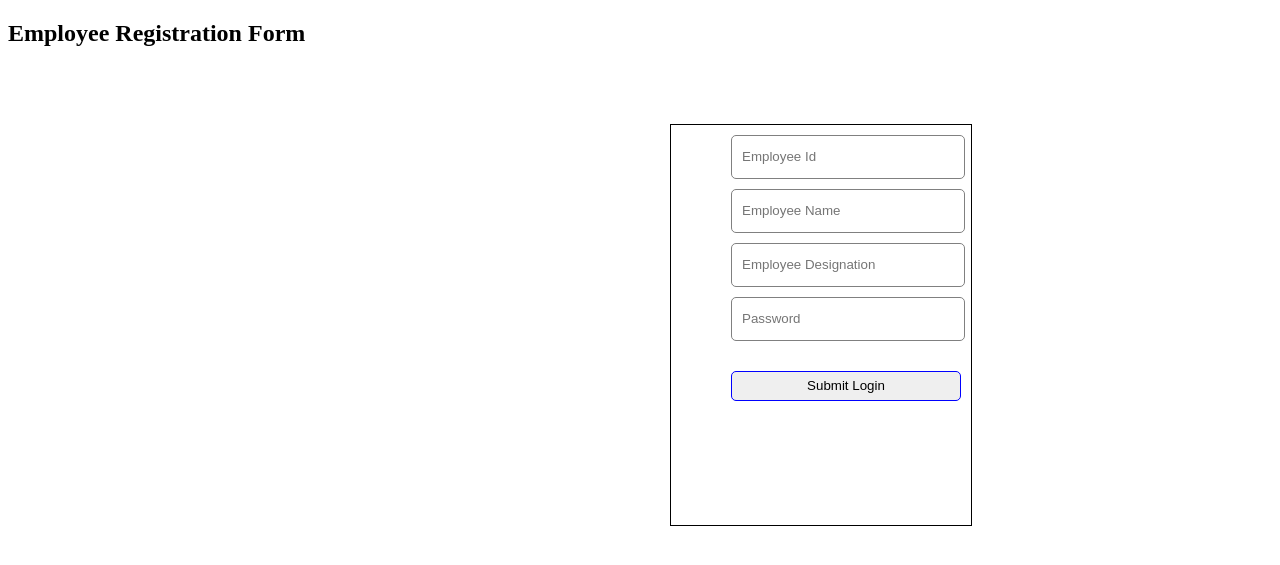
Repository: robin9533/Basic-Programs-App.
Page: GW-Genial Work Proj/GT_GenialToil/WebContent/EmployeeSignup.html
These files come from the project's save history. The page is drawn as it stood at one moment and after the next save; the edit follows.
The browser window is 1280 px wide. The pictures show the whole page.

Above is the page before, as saved 2019-05-10 07:16:35.

### GW-Genial Work Proj/GT_GenialToil/WebContent/EmployeeSignup.html
<!DOCTYPE html>
<html>
<head><h2>Employee Registration Form<h2>
<meta charset="ISO-8859-1">
<title>Employee Registration Form </title>
<link rel="Stylesheet" type="text/css" href="EmployeeSignup.css">
</head>
<body>
<br>

<div class ="registrationblock">

<Form>

<input type = "text" name="empId" placeholder="Employee Id">
<input type ="text" name="empName" placeholder="Employee Name">
<input type ="text" name = "empDes" placeholder="Employee Designation">
<input type = "password" name = "empPass" placeholder="Password">
<button type="button">Submit Login</button>

</Form>
</div>

</body>
</html>

### GW-Genial Work Proj/GT_GenialToil/WebContent/EmployeeSignup.css
@charset "ISO-8859-1";

.body{
	background-color: blue;
}
.registrationblock {
	height:400px;
	width: 300px;
	float:right;
	border:1px solid black;
	margin-top: 30px;
	margin-right: 300px
}
.registrationblock input{
	width: 220px;
	height:40px;
	margin-top:10px;
	margin-left:60px;
	border: none;
	border:1px solid gray;
	border-radius: 5px;
	padding-left: 10px;
}
.registrationblock button{
	width:230px;
	height:30px;
	margin-left:60px;
	margin-top:30px;
	border-radius:5px;
	border: 1px solid blue;
	}
.h2{

	}

After the next save:
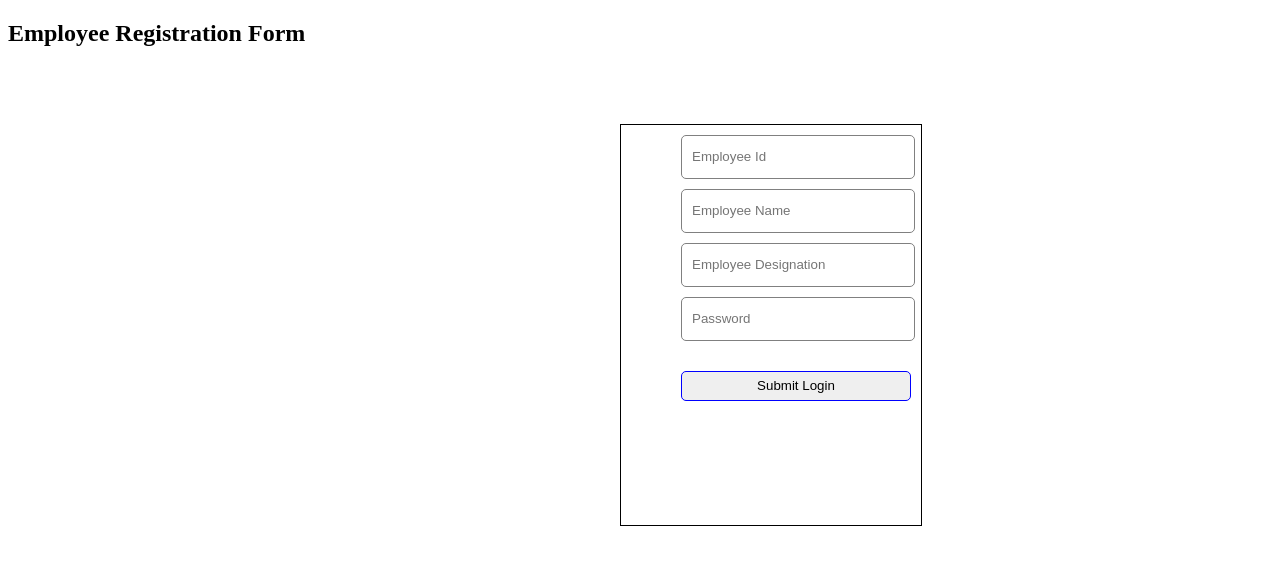
Saved 9 s later.
--- a/GW-Genial Work Proj/GT_GenialToil/WebContent/EmployeeSignup.css
+++ b/GW-Genial Work Proj/GT_GenialToil/WebContent/EmployeeSignup.css
@@ -9,7 +9,7 @@
 	float:right;
 	border:1px solid black;
 	margin-top: 30px;
-	margin-right: 300px
+	margin-right: 350px
 }
 .registrationblock input{
 	width: 220px;

After the save that followed:
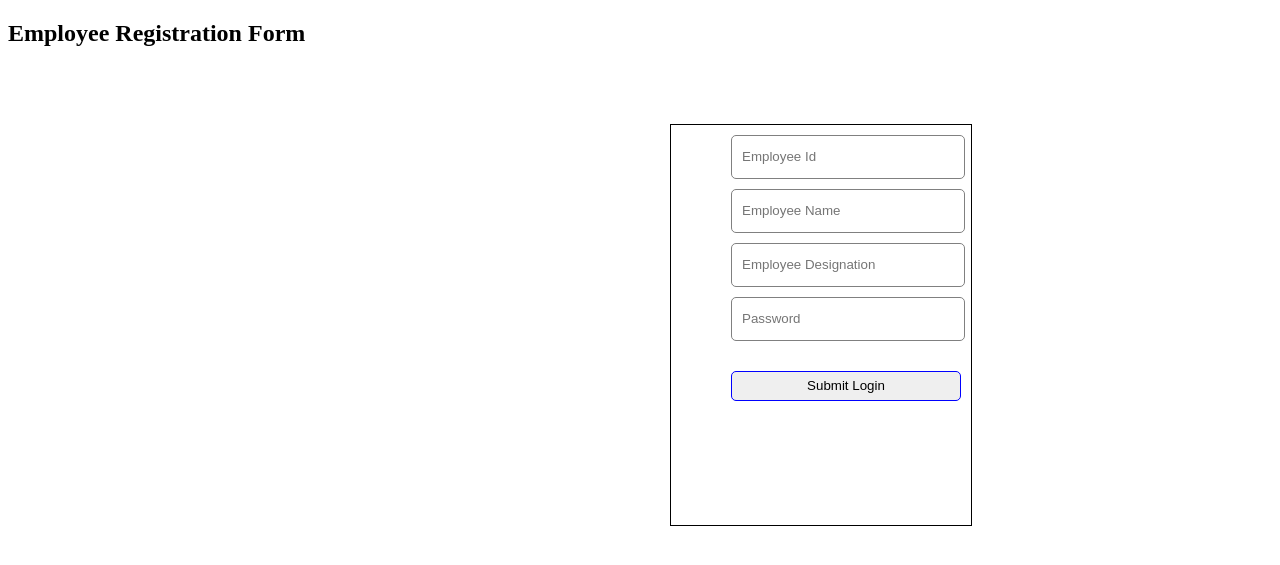
Saved 5 s later.
--- a/GW-Genial Work Proj/GT_GenialToil/WebContent/EmployeeSignup.css
+++ b/GW-Genial Work Proj/GT_GenialToil/WebContent/EmployeeSignup.css
@@ -9,7 +9,7 @@
 	float:right;
 	border:1px solid black;
 	margin-top: 30px;
-	margin-right: 350px
+	margin-right: 300px
 }
 .registrationblock input{
 	width: 220px;
